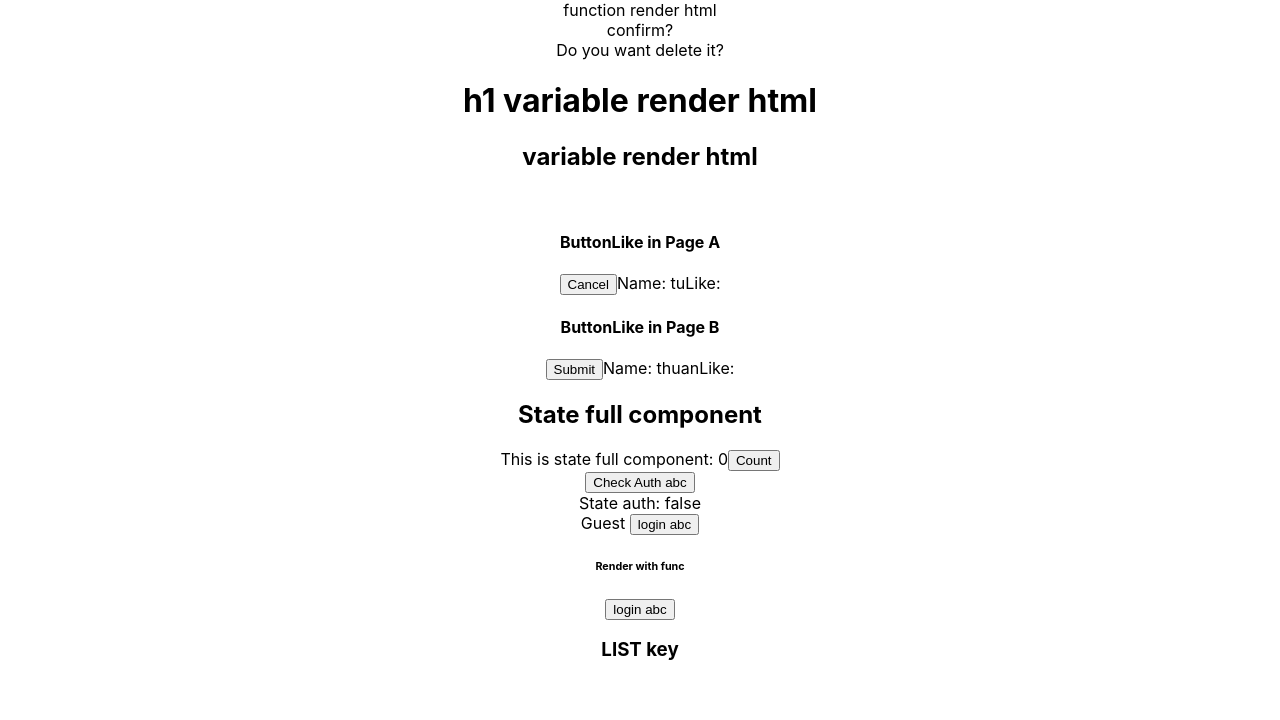
Repository: HoangTu18/reactjs-exercise
Page: /
These files come from the project's save history. The page is drawn as it stood at one moment and after the next save; the edit follows.
The browser window is 1280 px wide. The pictures show the whole page.
The project was rebuilt for these pictures with package versions that can differ from the ones it lists, and the page was loaded fresh each time. Also part of the build but not shown: src/pages/StateObject.jsx.

Above is the page before, as saved 2022-05-28 10:46:14.

After the next save:
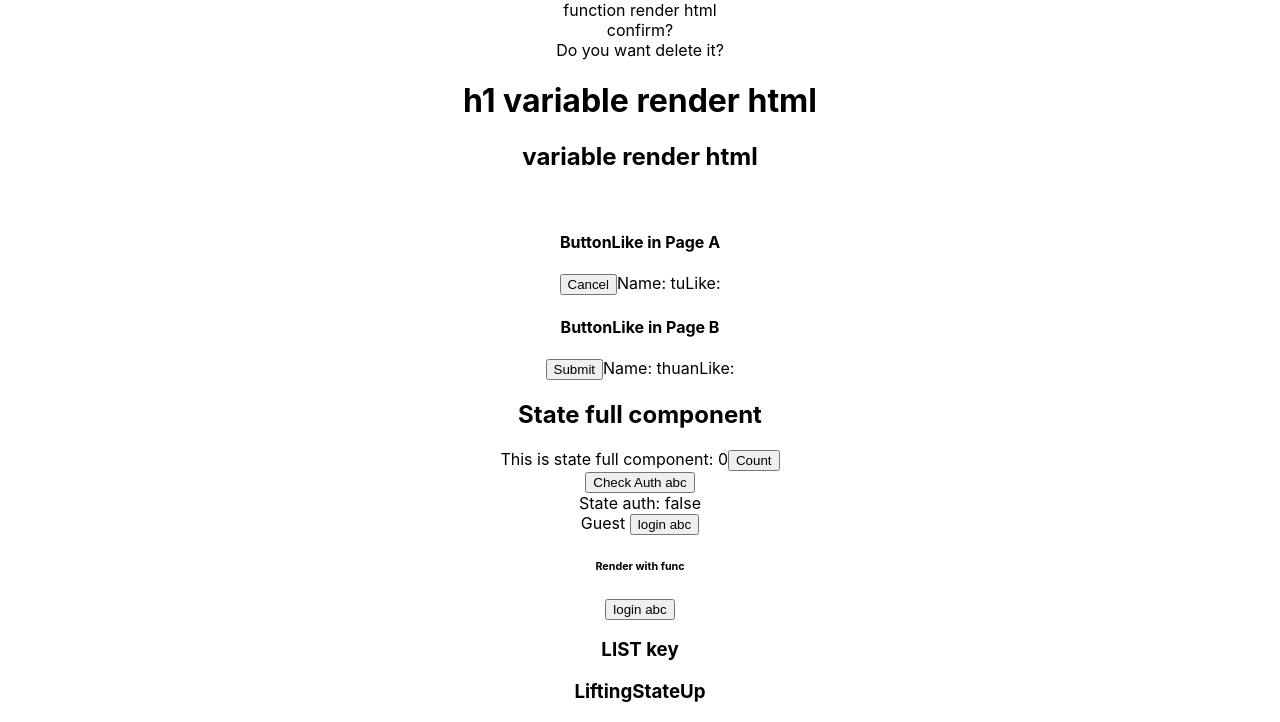
Saved 15 s later.
--- a/src/App.js
+++ b/src/App.js
@@ -44,6 +44,7 @@ function App() {
       {/* <StateObject />
        */}
       <ConditionalRender />
+      <h3>LiftingStateUp</h3>
       <LiftingStateUp />
     </div>
   );
